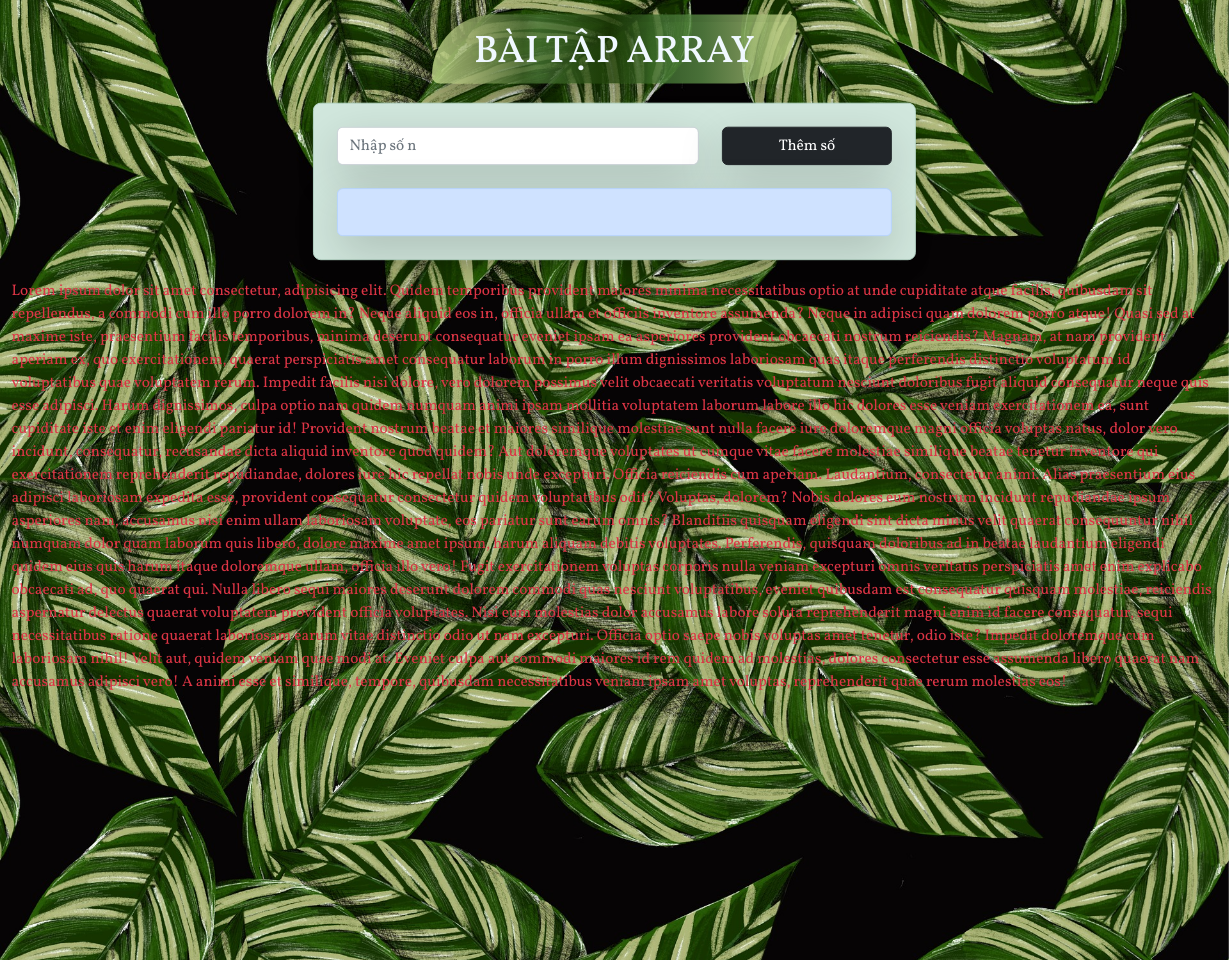
Repository: hcozyph/TranHuuPhuoc_BC43_BT_JS_Buoi7_8_ARRAY
Page: index.html
These files come from the project's save history. The page is drawn as it stood at one moment and after the next save; the edit follows.
The browser window is 1280 px wide. The pictures show the whole page, at 96% of full size.

Above is the page before, as saved 2023-02-20 22:49:38.

After the next save:
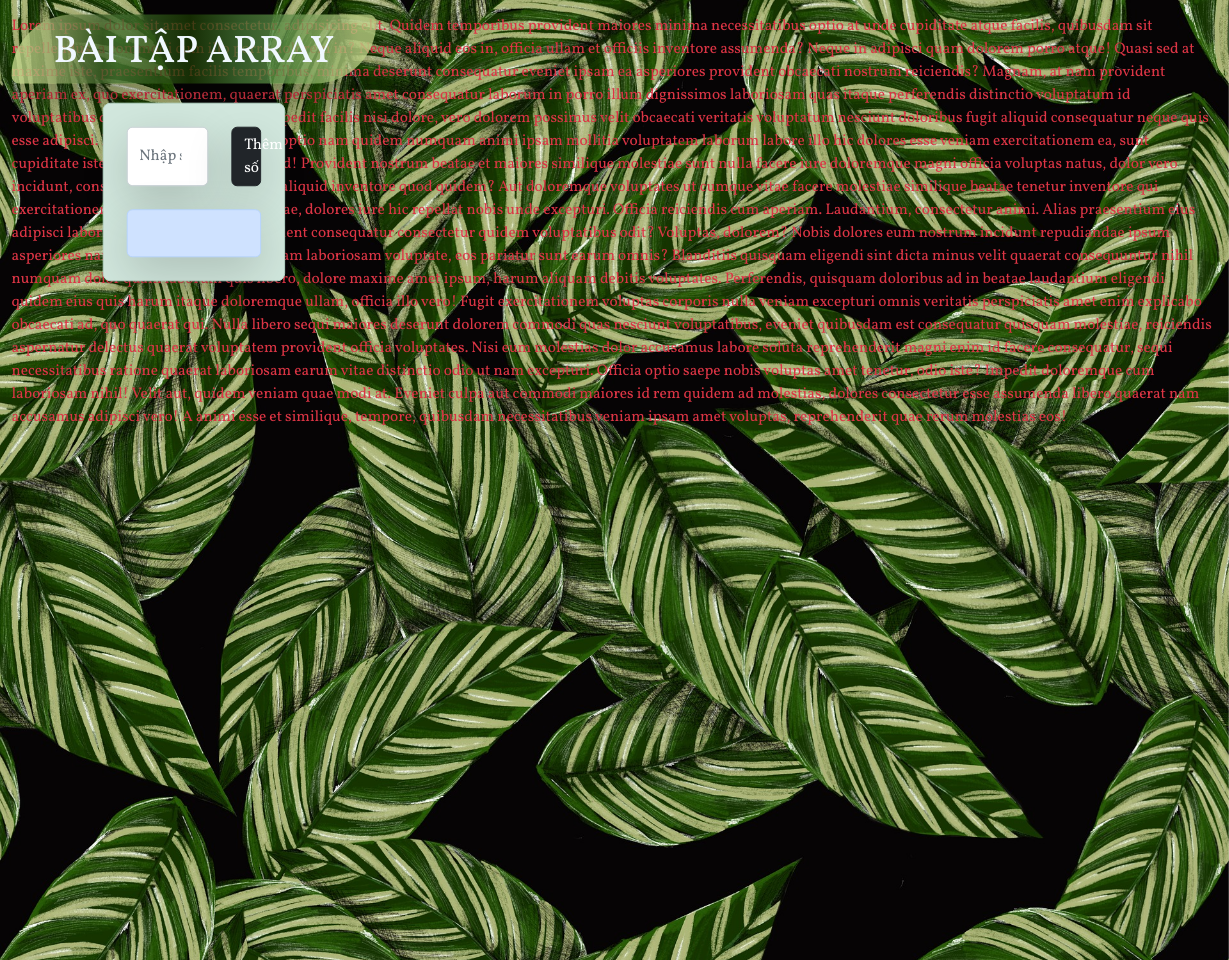
Saved 45 s later.
--- a/css/index.css
+++ b/css/index.css
@@ -46,7 +46,9 @@
 
 /* .bt-array-content {
 } */
-
+.bt-array-top {
+    position: fixed;
+}
 #mainArray {
     display: block;
     position: fixed;
